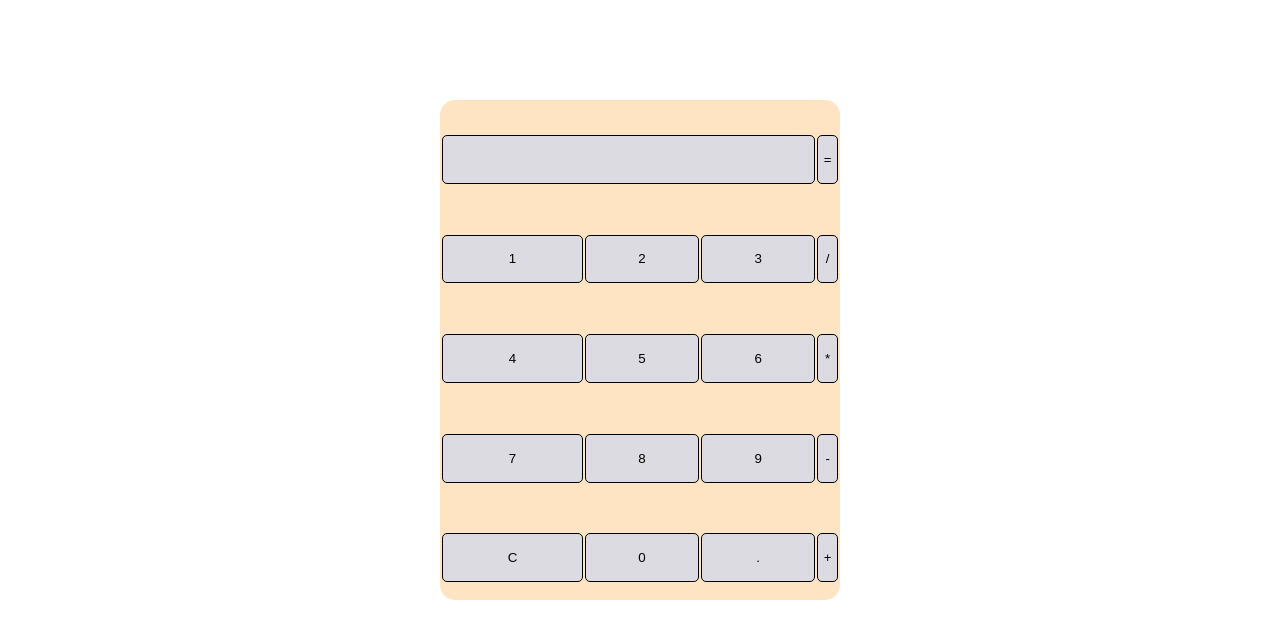
Repository: Seryozha02/CalculatorAndStopwatch
Page: calculator.html
These files come from the project's save history. The page is drawn as it stood at one moment and after a run of saves; the edit follows.
The browser window is 1280 px wide. The pictures show the whole page.

Above is the page before, as saved 2022-10-03 00:31:09.

After the next 4 saves:
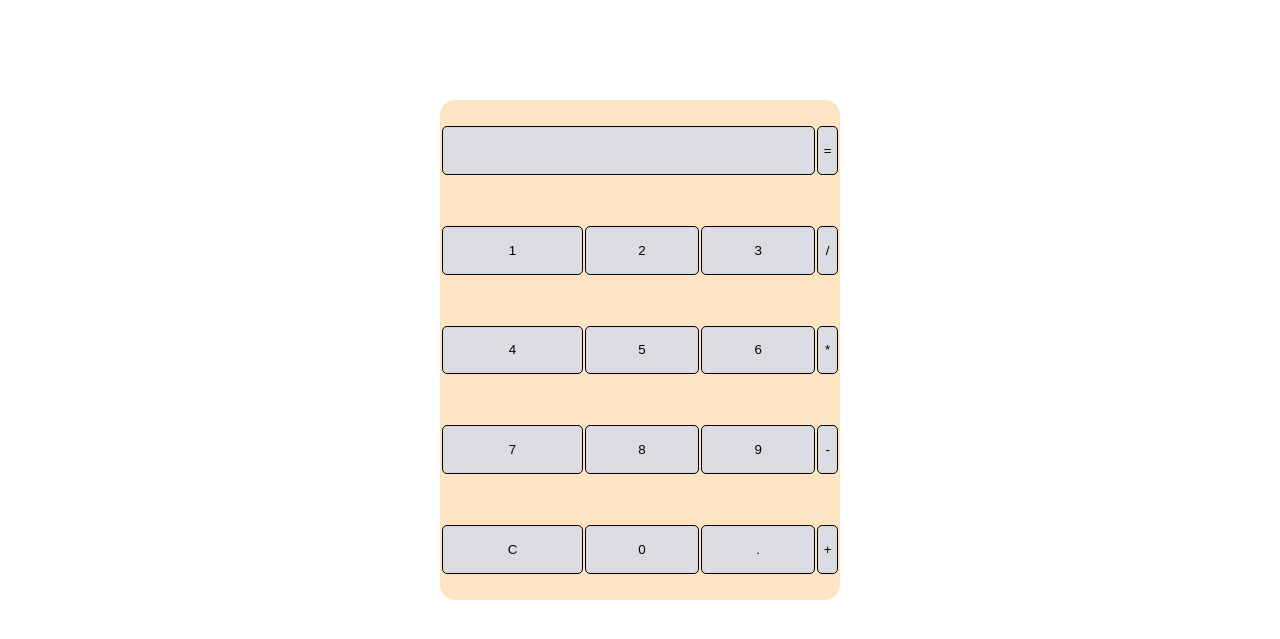
The 4 saves are shown as one change because they came seconds apart.
The last was saved 19 s later.
--- a/calculator.css
+++ b/calculator.css
@@ -12,7 +12,7 @@
     margin-top: 100px;
     width: 400px;
     height: 500px;
-    font-size: 50px;
+    font-size: 0px;
 }
 
 table tr td input{
